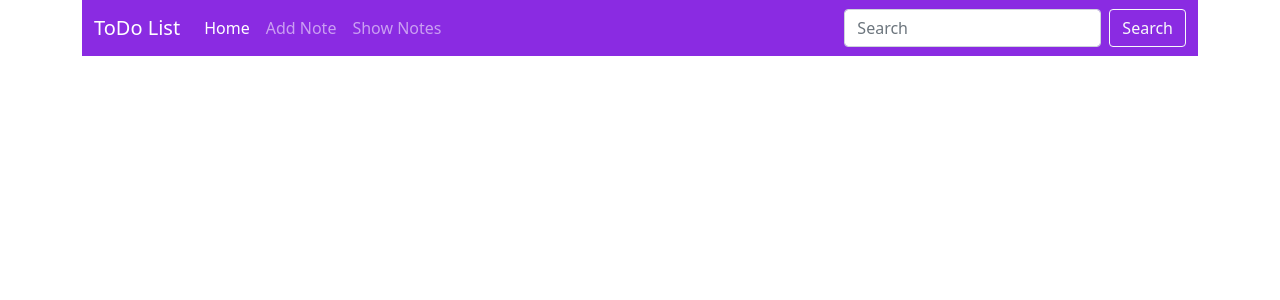
Repository: VishalSalvi17/Hibernate
Page: http://localhost/ToDoList/
These files come from the project's save history. The page is drawn as it stood at one moment and after the next save; the edit follows.
The browser window is 1280 px wide. The pictures show the whole page.
The page is served by Tomcat 9.

Above is the page before, as saved 2023-03-16 10:34:30.

After the next save:
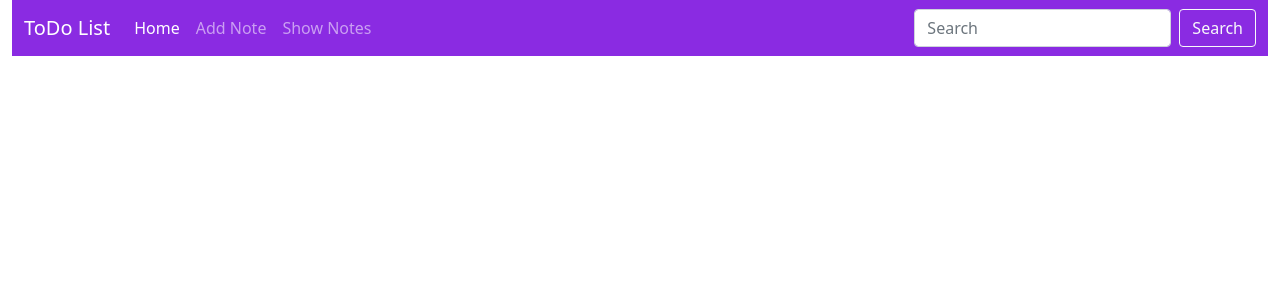
Saved 24 s later.
--- a/ToDoList/src/main/webapp/index.jsp
+++ b/ToDoList/src/main/webapp/index.jsp
@@ -13,7 +13,7 @@
     <title>Hello, world!</title>
   </head>
   <body>
-    <div class = "container">
+    <div class = "container-fluid">
     	<%@include file="navbar.jsp" %>
     </div>
   </body>

After the 2 saves that followed:
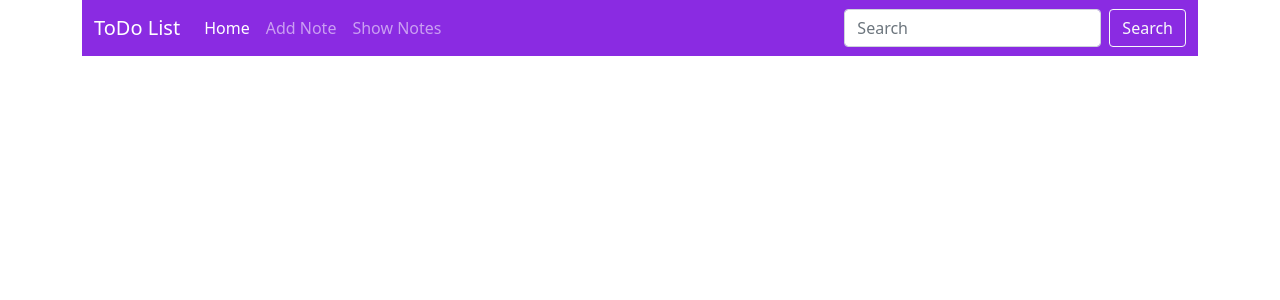
The 2 saves are shown as one change because 1 left the picture as it was.
The last was saved 45 s later.
--- a/ToDoList/src/main/webapp/index.jsp
+++ b/ToDoList/src/main/webapp/index.jsp
@@ -13,7 +13,7 @@
     <title>Hello, world!</title>
   </head>
   <body>
-    <div class = "container-fluid">
+    <div class = "container">
     	<%@include file="navbar.jsp" %>
     </div>
   </body>
